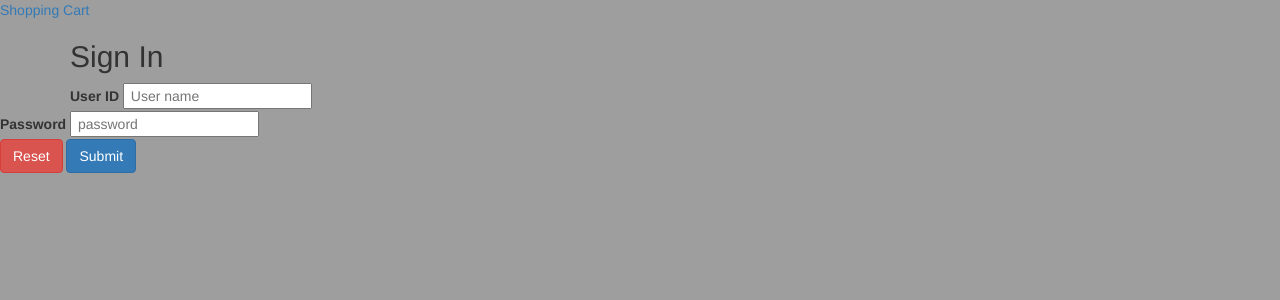
Repository: AravindMarshall/ShoppingCart
Page: http://localhost/Phineas/Login.jsp
An editor plug-in stored every save of this project. The page is shown before and after the next save, followed by the edit.
The browser window is 1280 px wide. The pictures show the whole page.
The page is served by Tomcat 9. Other server files are loaded and not shown.

Above is the page before, as saved 2016-06-09 20:38:41.

### NIIT Shopping Cart/Phineas/WebContent/Login.jsp
<%@ page language="java" contentType="text/html; charset=ISO-8859-1"
    pageEncoding="ISO-8859-1"%>
<html>
<head>
<meta http-equiv="Content-Type" content="text/html; charset=ISO-8859-1">
<meta name="viewport" content="width=device-width, initial-scale=1">
  <link rel="stylesheet" href="http://maxcdn.bootstrapcdn.com/bootstrap/3.3.6/css/bootstrap.min.css">
  <script src="https://ajax.googleapis.com/ajax/libs/jquery/1.12.2/jquery.min.js"></script>
  <script src="http://maxcdn.bootstrapcdn.com/bootstrap/3.3.6/js/bootstrap.min.js"></script>

<title>ShoppingCart Login</title>
</head>
<body>
 <a href="home.jsp">Shopping Cart</a>

<form role="form">
<div class="container">
  <body background="F:\Sample Car pictures\Background Car.jpg">
      </div>
    </div>

<div class= "Login">
<div class="container">
  <h2>Sign In </h2>
  <label for "Name">User ID</label>
<input type = "text" class="userId" Id = "Name" placeholder=" User name "><br>
</div>
<div class= "Login">
<label for "Pass">Password</label>
<input type = "password" class="password" Id = "pass" placeholder=" password "><br>
</div>
<button type="Reset" class="btn btn-danger">Reset</button>
<button type="submit" class="btn btn-primary">Submit</button>

</div>
</div>
</div>
</form>

</body>
</html>

After the next save:
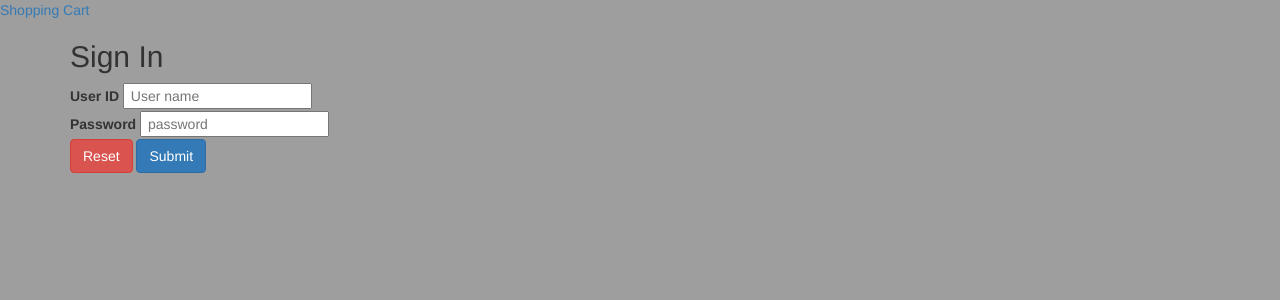
Saved 49 s later.
--- a/NIIT Shopping Cart/Phineas/WebContent/Login.jsp
+++ b/NIIT Shopping Cart/Phineas/WebContent/Login.jsp
@@ -21,11 +21,10 @@
 
 <div class= "Login">
 <div class="container">
+<div class= "Login">
   <h2>Sign In </h2>
   <label for "Name">User ID</label>
 <input type = "text" class="userId" Id = "Name" placeholder=" User name "><br>
-</div>
-<div class= "Login">
 <label for "Pass">Password</label>
 <input type = "password" class="password" Id = "pass" placeholder=" password "><br>
 </div>
